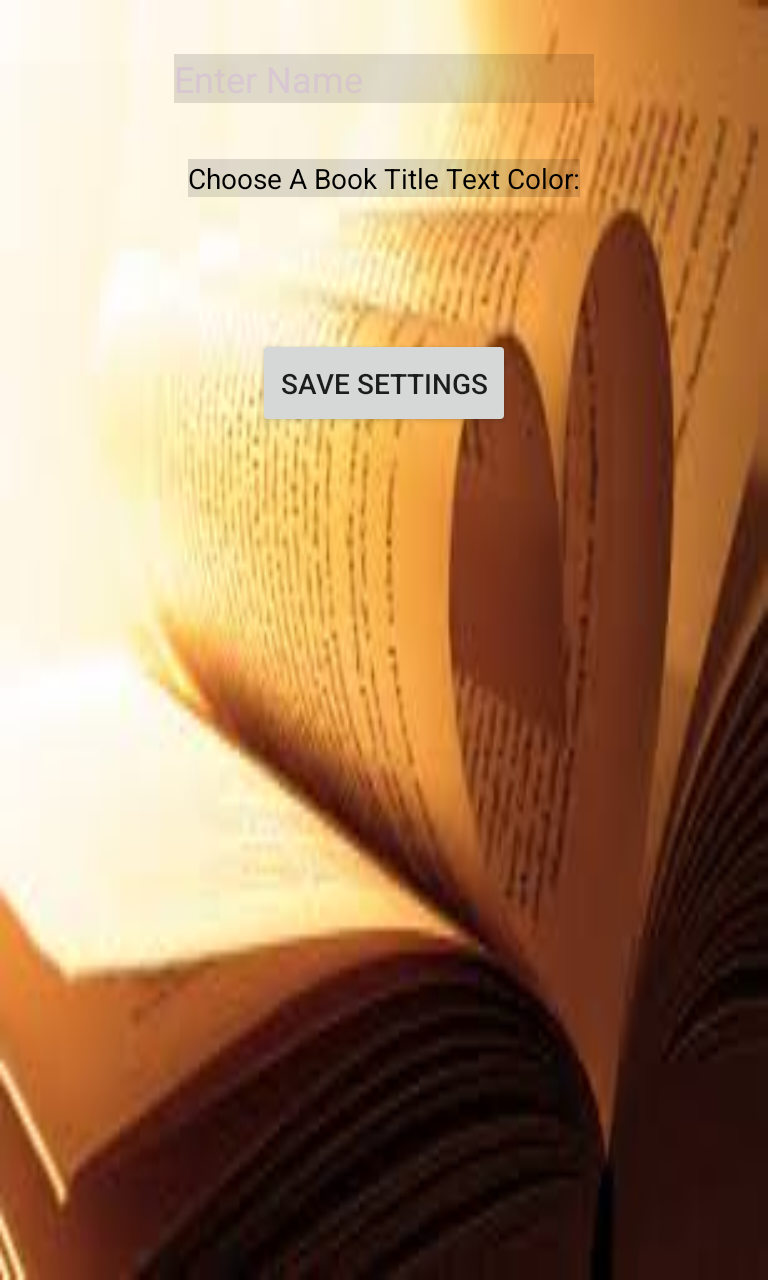
Repository: arianaantonio/MDF3_Antonio
Layout: Readable/res/layout/activity_main.xml
These files come from the project's save history. The layout is drawn as it stood at one moment and after the next save; the edit follows.
It is drawn on a 768 x 1280 px phone screen (xhdpi) without system bars, with theme AppTheme; the app's code is not run. The app's manifest (not shown) leaves right-to-left support off. So textAlignment, textDirection and layoutDirection are ignored, and left and right values win over start and end ones.

Above is the layout before, as saved 2014-08-21 03:26:56.

After the next save:
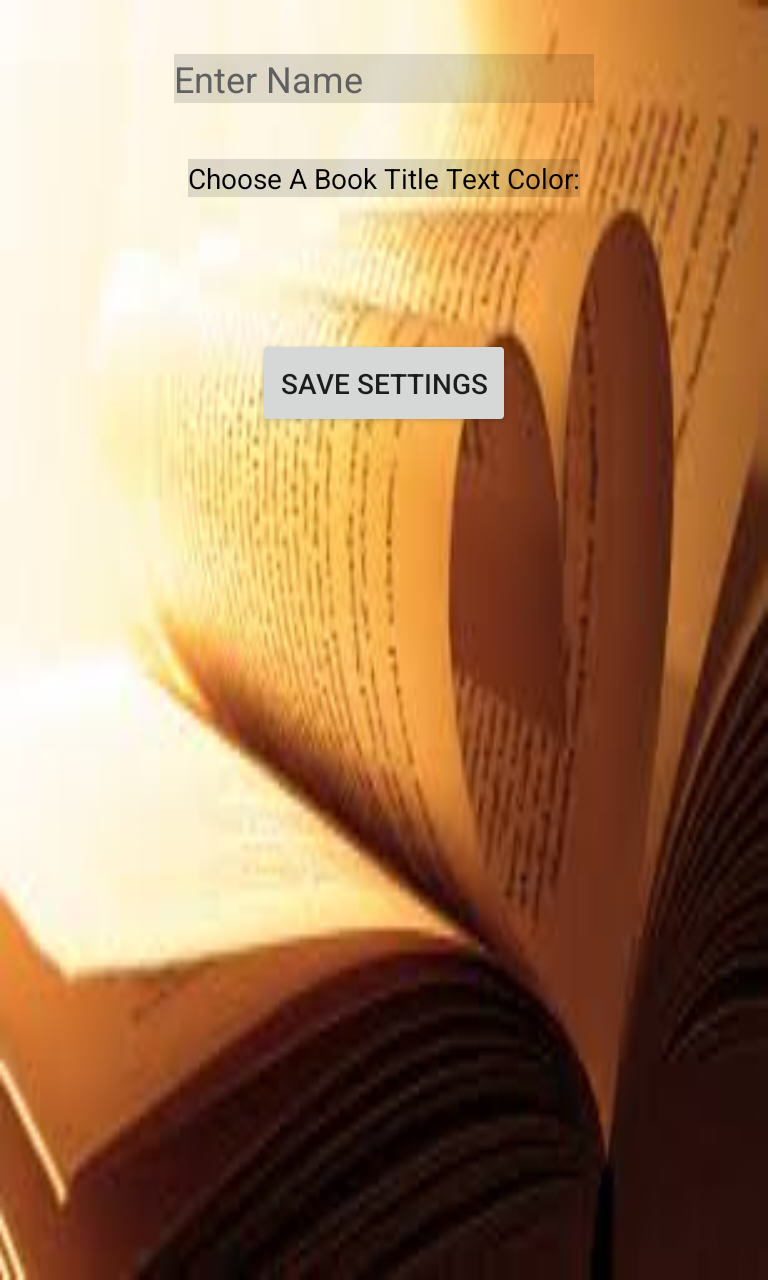
Saved 19 s later.
--- a/Readable/res/layout/activity_main.xml
+++ b/Readable/res/layout/activity_main.xml
@@ -24,7 +24,7 @@
         android:background="@color/transparentBlack"
         android:ems="10"
         android:hint="@string/name"
-        android:textColorHint="@color/lavender" />
+        android:textColorHint="@color/darkGray" />
 
     <TextView
         android:id="@+id/textView2"
